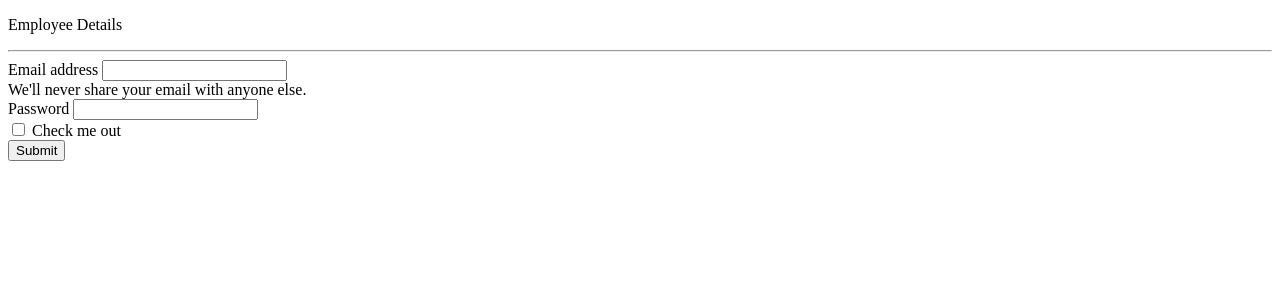
Repository: bhatideepak599/JspServlets
Page: http://localhost/10-student-mvc-db/add-Employee.jsp
The author's editor kept a copy of each file at every save. The page is drawn from the files as they stood at one save, then again after the next save.
The browser window is 1280 px wide. The pictures show the whole page.
The page is served by Tomcat 9.

Above is the page before, as saved 2024-07-17 07:40:21.

After the next save:
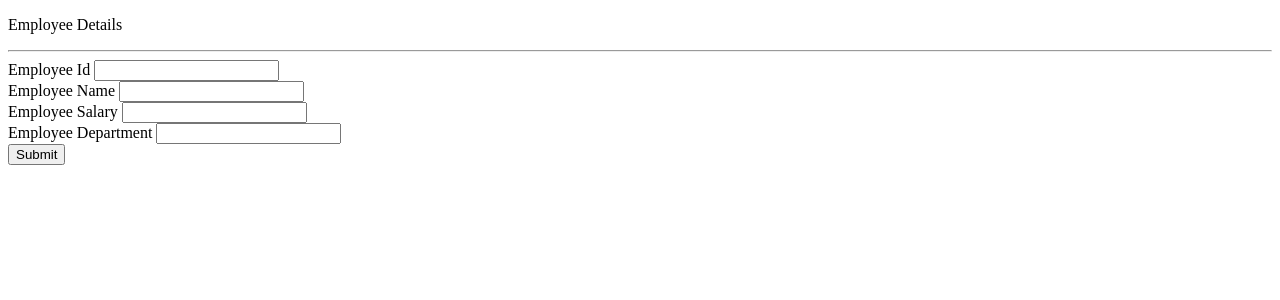
Saved 11 min 11 s later.
--- a/10-student-mvc-db/WebContent/add-Employee.jsp
+++ b/10-student-mvc-db/WebContent/add-Employee.jsp
@@ -16,22 +16,26 @@
 		</div>
 		<hr>
 		<form action ="Student">
+			<input type="hidden" name="command" value="add"/>
 			<div class="mb-3">
-				<label for="exampleInputEmail1" class="form-label">Email
-					address</label> <input type="email" class="form-control"
-					id="exampleInputEmail1" aria-describedby="emailHelp">
-				<div id="emailHelp" class="form-text">We'll never share your
-					email with anyone else.</div>
+				<label for="Id" class="form-label">Employee Id</label> <input type="text" class="form-control"
+					id="Id" name="Id" aria-describedby="emailHelp">
+
 			</div>
 			<div class="mb-3">
-				<label for="exampleInputPassword1" class="form-label">Password</label>
-				<input type="password" class="form-control"
-					id="exampleInputPassword1">
+				<label for="name" class="form-label">Employee Name</label> <input type="text" class="form-control"
+					id="name" name="name" aria-describedby="emailHelp">
+
 			</div>
-			<div class="mb-3 form-check">
-				<input type="checkbox" class="form-check-input" id="exampleCheck1">
-				<label class="form-check-label" for="exampleCheck1">Check me
-					out</label>
+			<div class="mb-3">
+				<label for="salary" class="form-label">Employee Salary</label> <input type="text" class="form-control"
+					id="salary" name="salary" aria-describedby="emailHelp">
+
+			</div>
+			<div class="mb-3">
+				<label for="dept" class="form-label">Employee Department</label> <input type="text" class="form-control"
+					id="dept" name="dept" aria-describedby="emailHelp">
+
 			</div>
 			<button type="submit" class="btn btn-primary">Submit</button>
 		</form>
